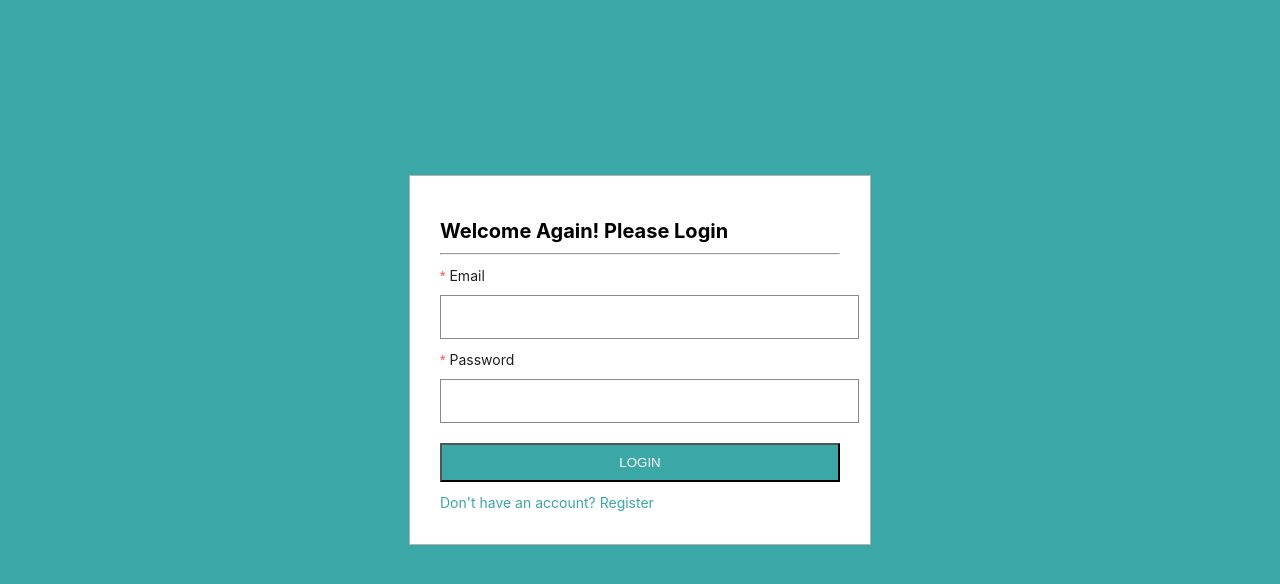
Repository: Gokulabala/BookMyShow
Page: / (app in client/)
The author's editor kept a copy of each file at every save. The page is drawn from the files as they stood at one save, then again after the next save.
The browser window is 1280 px wide. The pictures show the whole page.
Some web libraries are served in a nearby version. The project was rebuilt for these pictures with package versions that can differ from the ones it lists, and the page was loaded fresh each time. Also part of the build but not shown: client/src/apicalls/movies.js, client/src/apicalls/upcoming.js, client/src/pages/Home/index.js, client/src/pages/Register/index.js, client/src/components/ProtectedRoute.js, client/src/components/PageTitle.js, client/src/apicalls/theatres.js, client/src/pages/Profile/TheatresForm.js and 12 more.

Above is the page before, as saved 2025-07-09 20:21:35.

After the next save:
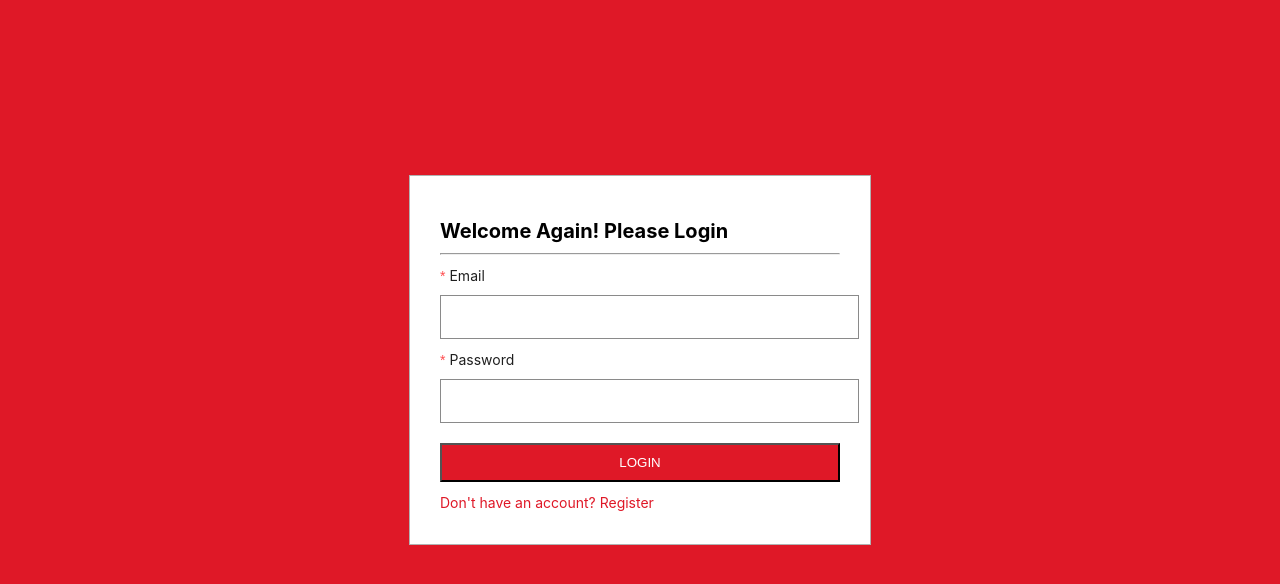
Saved 32 s later.
--- a/client/src/stylesheets/theme.css
+++ b/client/src/stylesheets/theme.css
@@ -1,5 +1,5 @@
 :root {
-    --colour-primary: #3ba7a7;
+    --colour-primary: #DF1827;
     --colour-secondary: #e6b412;
 }
 
